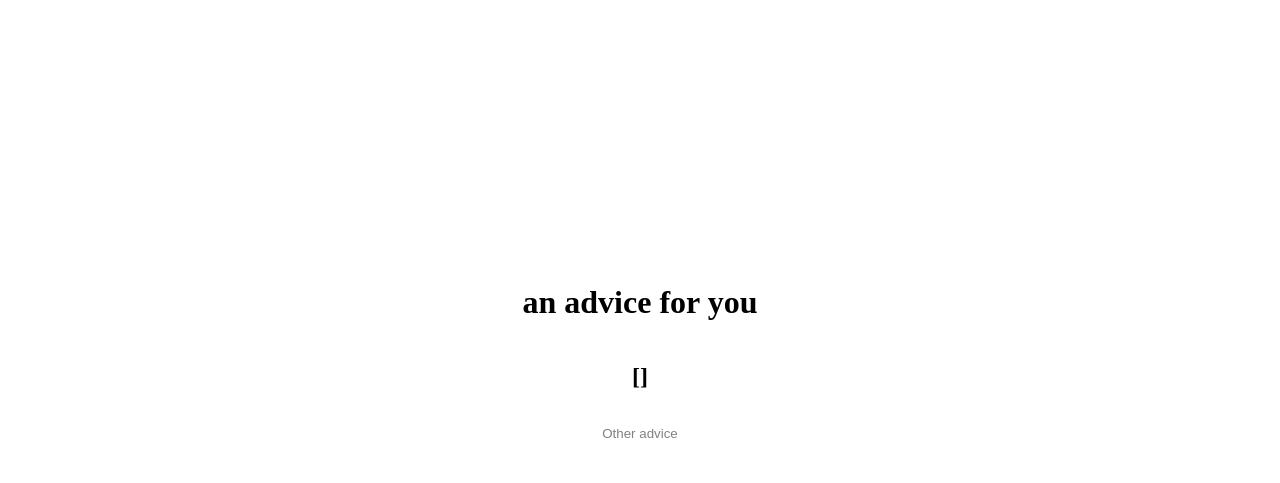
Repository: Fernandamendonc/Advice
Page: /
These files come from the project's save history. The page is drawn as it stood at one moment and after a run of saves; the edit follows.
The browser window is 1280 px wide. The pictures show the whole page.
The page's requests for data from a server got no answer. The project was rebuilt for these pictures with package versions that can differ from the ones it lists, and the page was loaded fresh each time. The framework's server and built-in components were replaced by stand-ins that run in the browser. No one was signed in, and anything a server would have sent is missing. Also part of the build but not shown: next.config.js.

Above is the page before, as saved 2022-08-16 20:53:53.

After the next 2 saves:
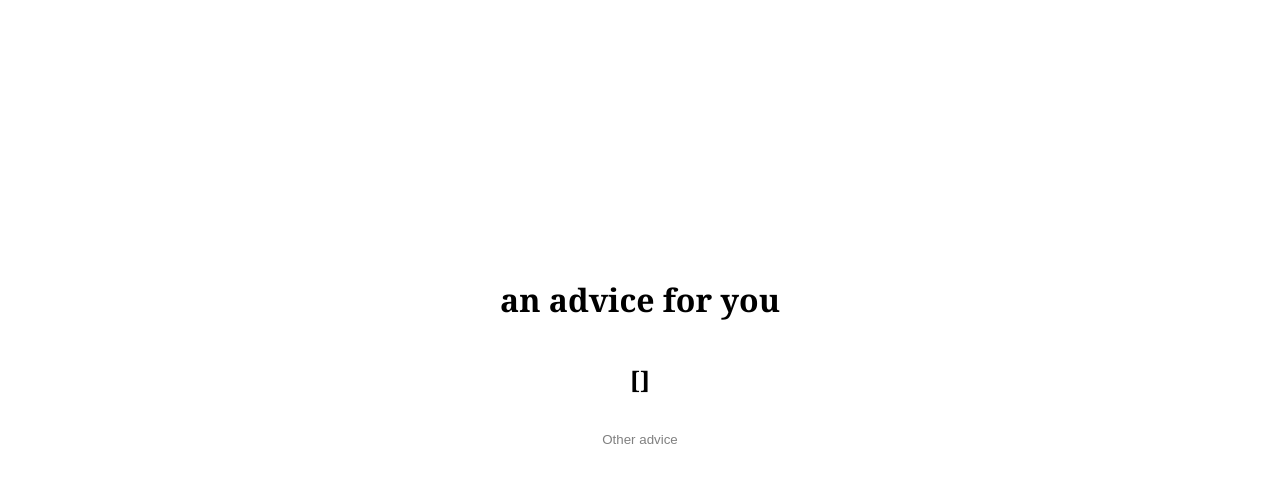
The 2 saves are shown as one change because they came seconds apart.
The last was saved 7 s later.
--- a/src/components/button/styles.ts
+++ b/src/components/button/styles.ts
@@ -11,7 +11,7 @@ export const Container = styled.div`
   left: 50%;
   transform: translate(-50%, -50%);
 
-  font-family:;
+  font-family:Cambria, Cochin, Georgia, Times, 'Times New Roman', serif ;
 
   button{
     padding: 1rem 5rem;
